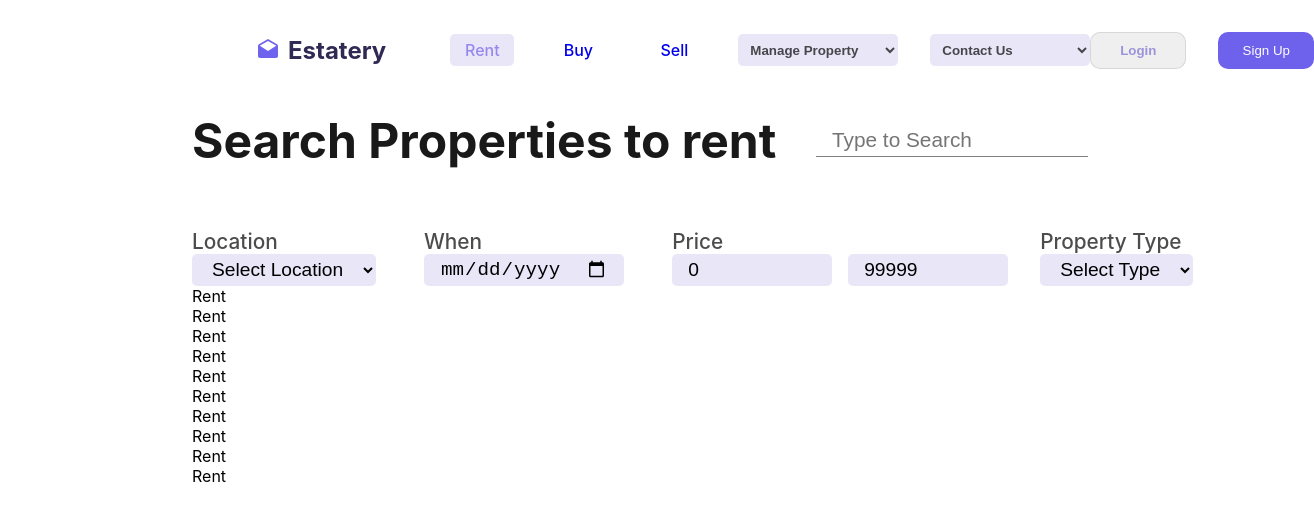
Repository: kapil4457/Reunion-Internship-Assignment
Page: /
These files come from the project's save history. The page is drawn as it stood at one moment and after a run of saves; the edit follows.
The browser window is 1280 px wide. The page is 1314 px wide, so the pictures cover 1314 px, including what lies to the right of the window. The pictures show the whole page.
The project was rebuilt for these pictures with package versions that can differ from the ones it lists, and the page was loaded fresh each time. Also part of the build but not shown: src/App.css.

Above is the page before, as saved 2022-10-05 14:24:59.

After the next 2 saves:
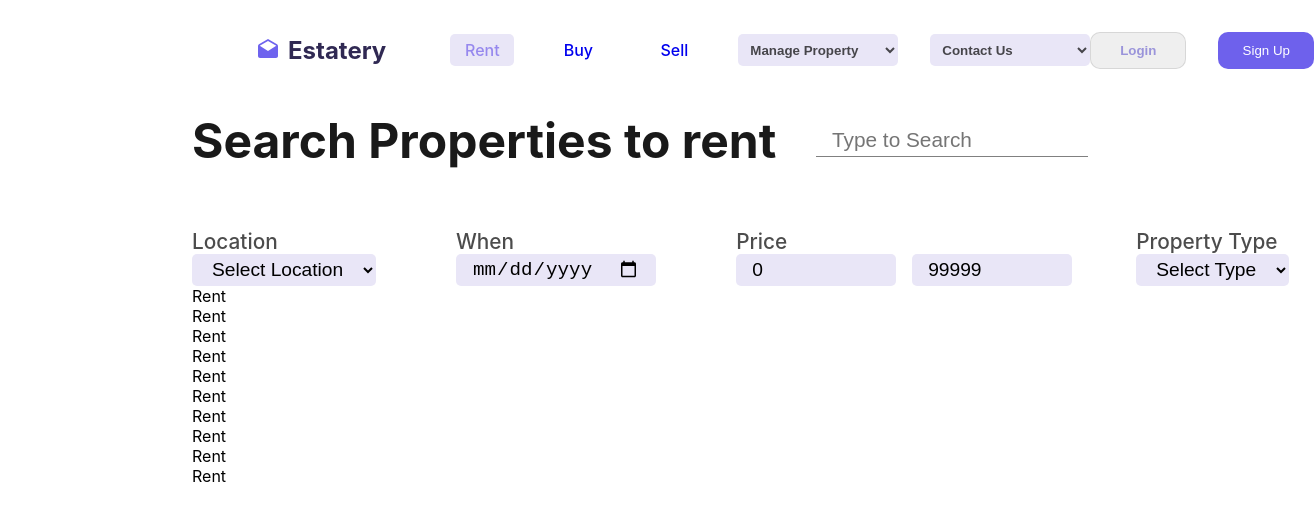
The 2 saves are shown as one change because they came seconds apart.
The last was saved 51 s later.
--- a/src/components/Rent/Rent.css
+++ b/src/components/Rent/Rent.css
@@ -57,7 +57,7 @@ width:8rem;
 }
 .second{
     display: flex;
-    gap:3rem;
+    gap:5rem;
 }
 .second>div{
     display:flex;
